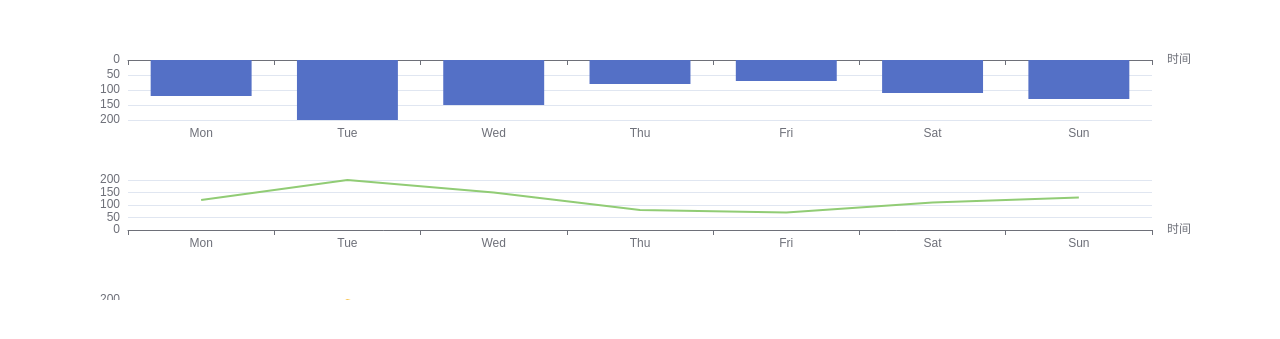
Repository: LeP-Ton/curve
Page: /
The author's editor kept a copy of each file at every save. The page is drawn from the files as they stood at one save, then again after the next save.
The browser window is 1280 px wide. The pictures show the whole page.
The project was rebuilt for these pictures with package versions that can differ from the ones it lists, and the page was loaded fresh each time.

Above is the page before, as saved 2022-08-18 20:17:25.

After the next save:
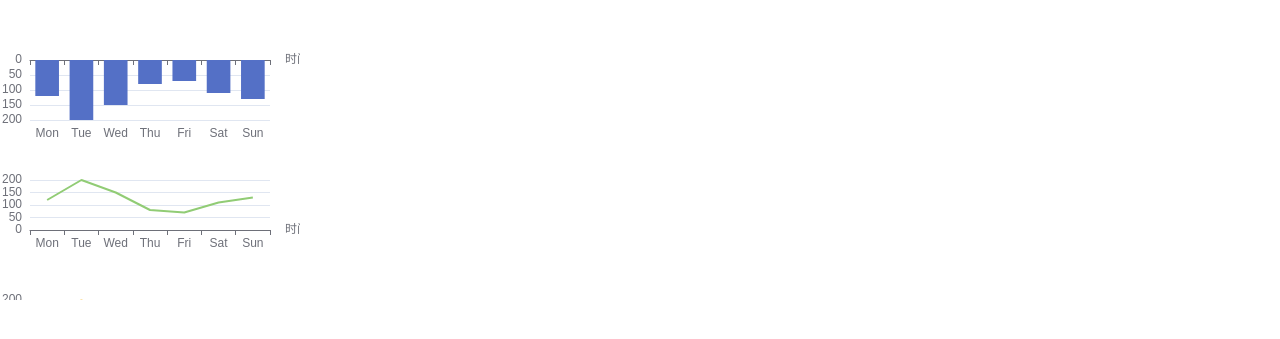
Saved 71 s later.
--- a/src/index.js
+++ b/src/index.js
@@ -83,7 +83,7 @@ const option = {
 };
 root.render(
   <React.StrictMode>
-    <Echart options={option} style={{with:'300px', height: "300px" }} />
+    <Echart options={option} style={{width:'300px', height: "300px" }} />
   </React.StrictMode>
 );
 
